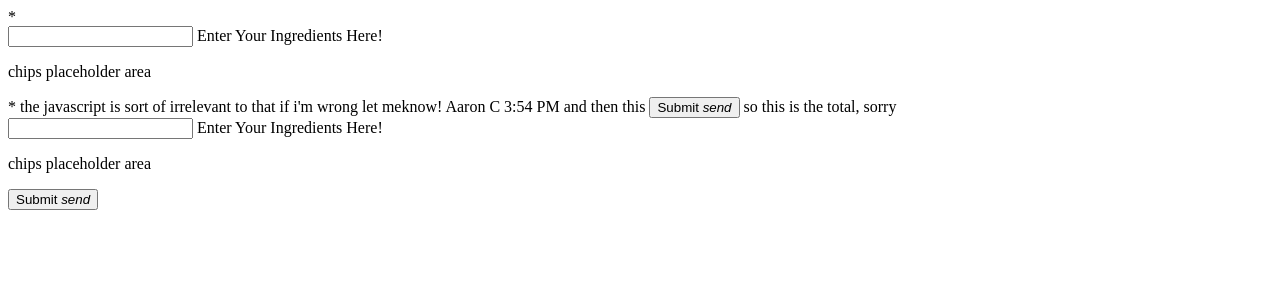
Repository: Aaron-R-Carter/Project1
Page: new.html
An editor plug-in stored every save of this project. The page is shown before and after the next save, followed by the edit.
The browser window is 1280 px wide. The pictures show the whole page.

Above is the page before, as saved 2019-11-01 17:32:11.

### new.html
<!DOCTYPE html>
<html lang="en">
<head>
    <meta charset="UTF-8">
    <meta name="viewport" content="width=device-width, initial-scale=1.0">
    <meta http-equiv="X-UA-Compatible" content="ie=edge">
    <title>Document</title>
</head>
<body>
    *<div class="container" id="main-forms-container">
        <div class="row" id="form-row">
            <div class="col s12" id="form-column">
                <div class="input-field col s12">
                    <!-- <i class="material-icons prefix">textsms</i> -->
                    <input type="text" id="autocomplete-input" class="autocomplete">
                    <label for="autocomplete-input">Enter Your Ingredients Here!</label>
                </div>
            </div>
        </div>
        <div class="row" id="chips-row">
            <div class="col s12" id="chips-column">
                <p>chips placeholder area</p>
            </div>
        </div>
    </div>*
 the javascript is sort of irrelevant to that
 if i'm wrong let meknow!
 Aaron C 3:54 PM
 and then this <button class="btn waves-effect waves-light" type="submit" name="action">Submit
    <i class="material-icons right">send</i>
  </button>
 so this is the total, sorry
 <div class="container" id="main-forms-container">
        <div class="row" id="form-row">
            <div class="col s12" id="form-column">
                <div class="input-field col s12">
                    <!-- <i class="material-icons prefix">textsms</i> -->
                    <input type="text" id="autocomplete-input" class="autocomplete">
                    <label for="autocomplete-input">Enter Your Ingredients Here!</label>
                </div>
            </div>
        </div>
        <div class="row" id="chips-row">
            <div class="col s12" id="chips-column">
                <p>chips placeholder area</p>
            </div>
        </div>
        <div class="row" id="submit-row">
            <div class="col s12" id="submit-column">
                <button class="btn waves-effect waves-light" type="submit" name="action">Submit
                    <i class="material-icons right">send</i>
                </button>
            </div>
        </div>
    </div>
</body>
</html>

After the next save:
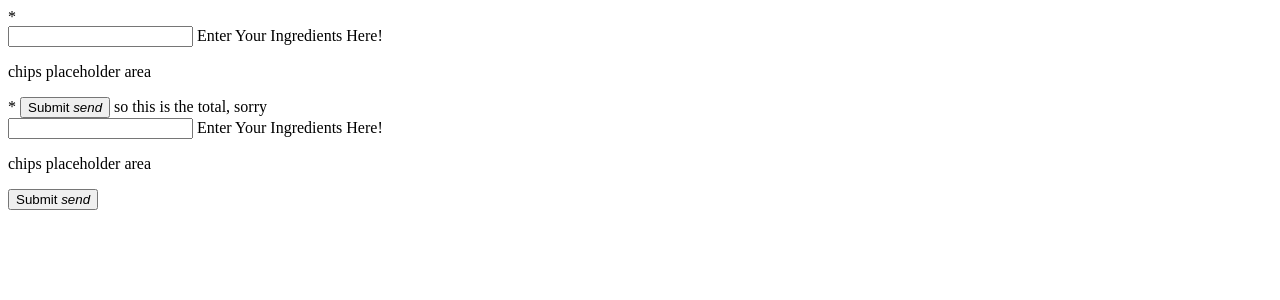
Saved 78 s later.
--- a/new.html
+++ b/new.html
@@ -23,10 +23,7 @@
             </div>
         </div>
     </div>*
- the javascript is sort of irrelevant to that
- if i'm wrong let meknow!
- Aaron C 3:54 PM
- and then this <button class="btn waves-effect waves-light" type="submit" name="action">Submit
+<button class="btn waves-effect waves-light" type="submit" name="action">Submit
     <i class="material-icons right">send</i>
   </button>
  so this is the total, sorry
